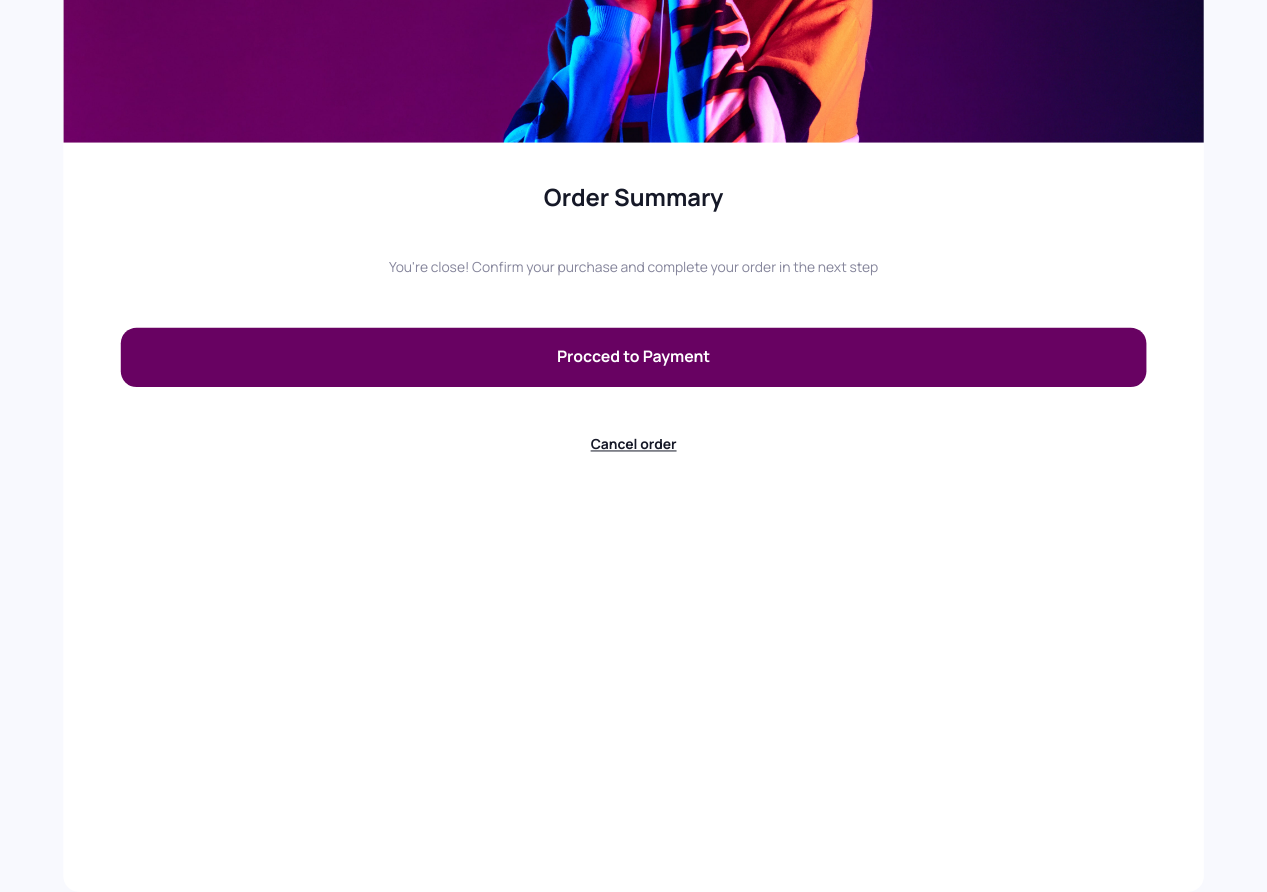
Repository: ssynowiec/INVO-Academy-solution
Page: /
An editor plug-in stored every save of this project. The page is shown before and after the next save, followed by the edit.
The browser window is 1280 px wide. The pictures show the whole page, at 99% of full size.
The project was rebuilt for these pictures with package versions that can differ from the ones it lists, and the page was loaded fresh each time.

Above is the page before, as saved 2023-02-16 09:49:00.

After the next save:
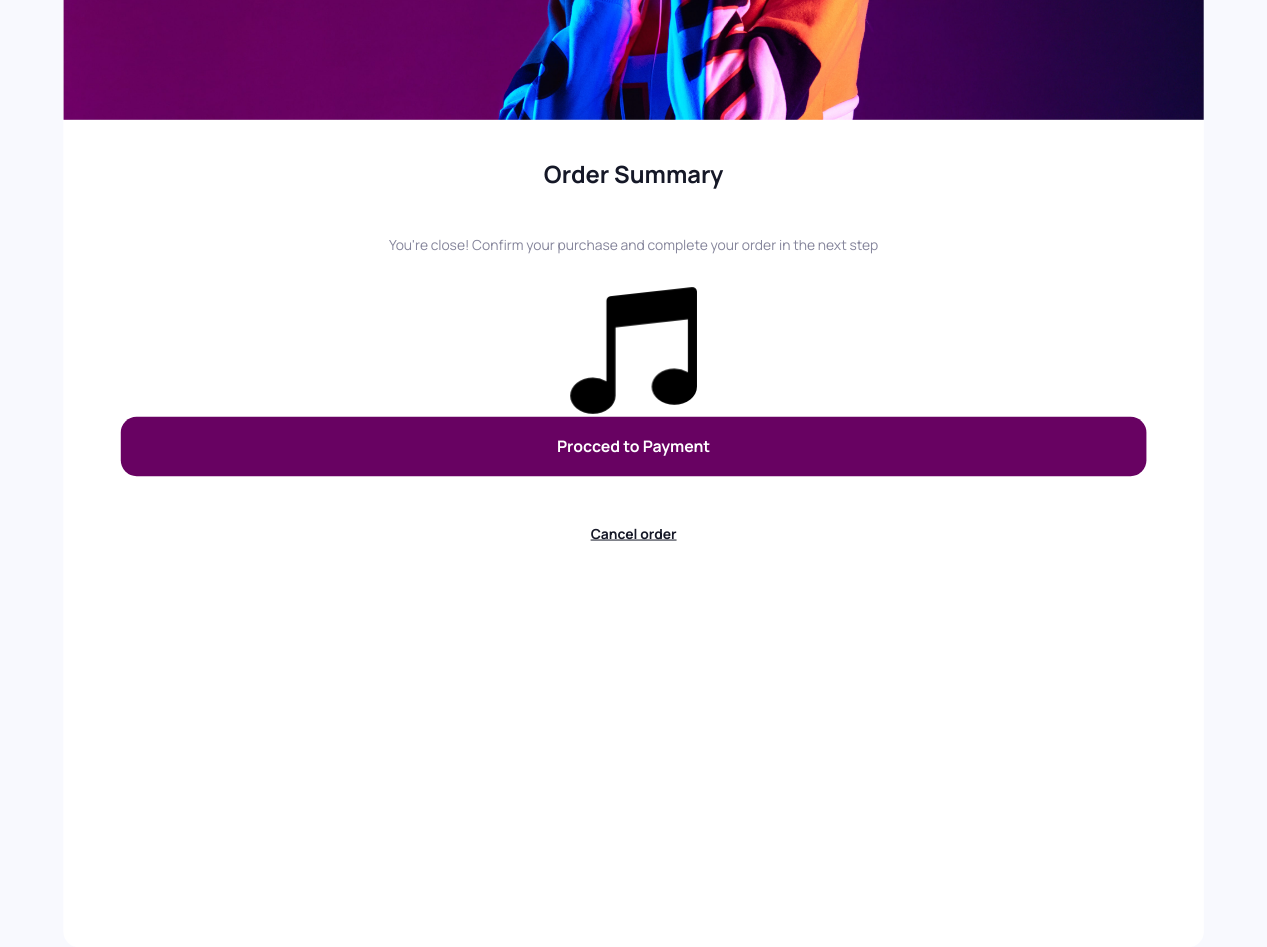
Saved 2 min 49 s later.
--- a/index.html
+++ b/index.html
@@ -17,7 +17,7 @@
       <h1 class="order-title">Order Summary</h1>
       <p class="order-description">You're close! Confirm your purchase and complete your order in the next step</p>
       <div>
-        <img src="" alt="" class="order-icon">
+        <img src="/images/music.png" alt="" class="order-icon">
       </div>
       <button class="order-button">Procced to Payment</button>
       <a href="#" class="order-link">Cancel order</a>
